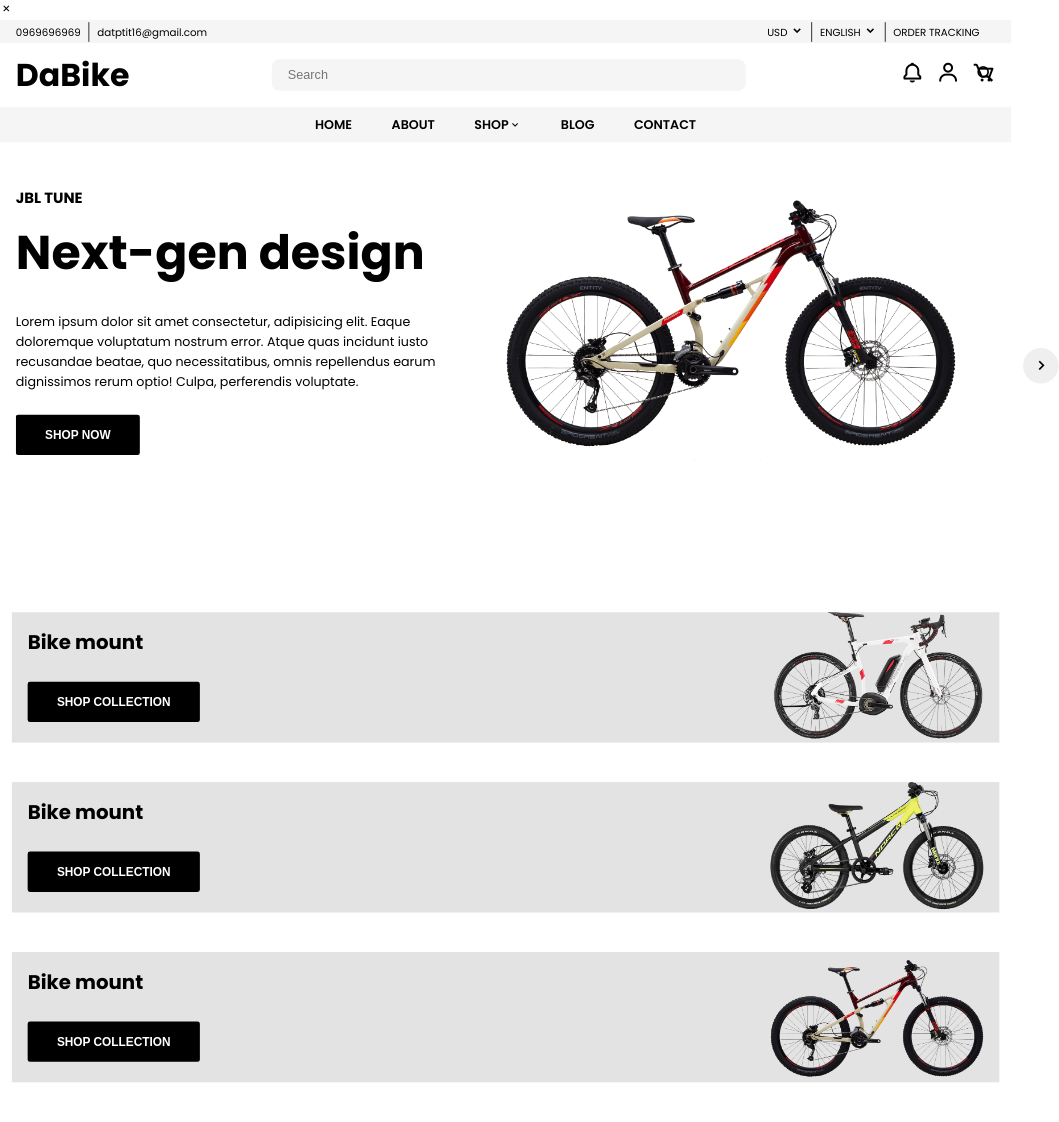
Repository: Datt21/DacMaxx
Page: index.html
The author's editor kept a copy of each file at every save. The page is drawn from the files as they stood at one save, then again after the next save.
The browser window is 1280 px wide. The page is 1340 px wide, so the pictures cover 1340 px, including what lies to the right of the window. The pictures show the whole page, at 79% of full size.

Above is the page before, as saved 2021-07-07 13:41:10.

After the next save:
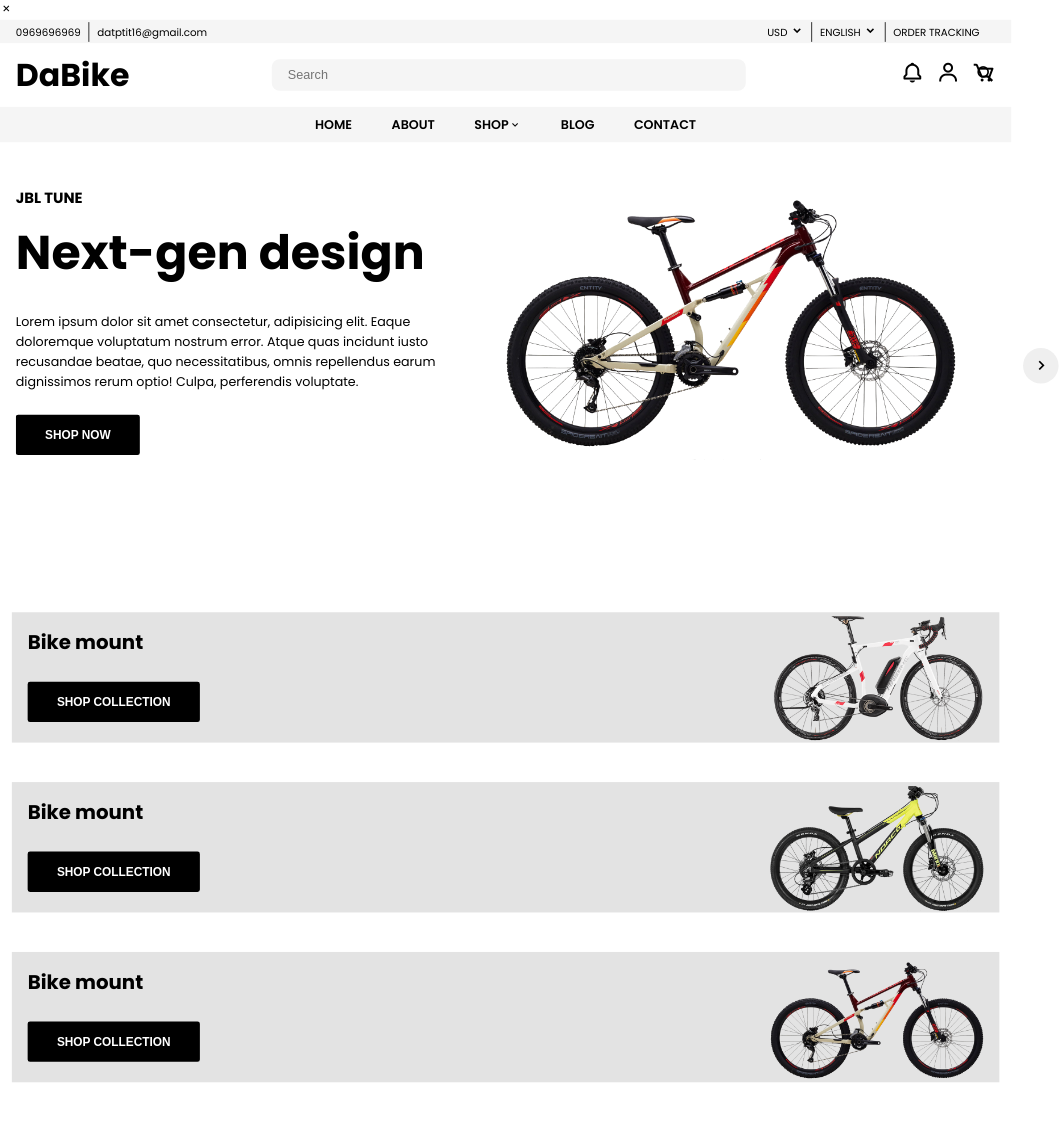
Saved 17 s later.
--- a/css/app.css
+++ b/css/app.css
@@ -467,7 +467,7 @@
     padding-right: 20px;
     transition: transform 0.3s ease-in-out;
     object-fit: cover;
-    height: 100%;
+    padding-top: 5px;;
 }
  .promotiom-box:hover img{
      transform: scale(1.1);
